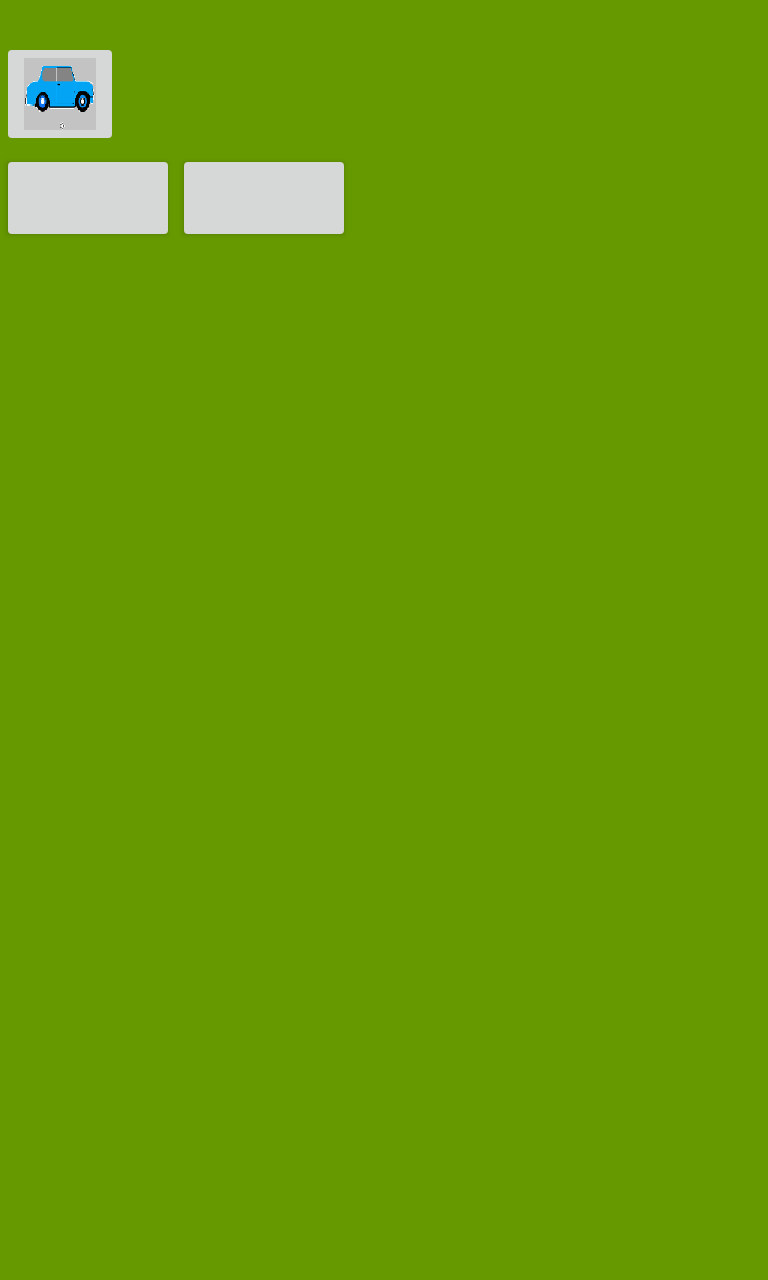
Repository: bwoldemi/LilyTrans
Layout: TransLily/res/layout/list_user_books.xml
An editor plug-in stored every save of this project. The layout is shown before and after the next save, followed by the edit.
It is drawn on a 768 x 1280 px phone screen (xhdpi) without system bars, with theme AppTheme; the app's code is not run.

Above is the layout before, as saved 2014-10-25 12:17:17.

### TransLily/res/layout/list_user_books.xml
<?xml version="1.0" encoding="utf-8"?>
<LinearLayout xmlns:android="http://schemas.android.com/apk/res/android"
    android:layout_width="match_parent"
    android:layout_height="match_parent"
    android:background="@color/background"
    android:orientation="vertical" >

    <TextView
        android:id="@+id/tv_name_rserved_post_rides"
        android:layout_width="fill_parent"
        android:layout_height="wrap_content"
        android:textColor="@color/text_color" />

    <LinearLayout
        android:layout_width="fill_parent"
        android:layout_height="wrap_content"
        android:gravity="left"
        android:orientation="horizontal" >

        <ImageButton
            android:id="@+id/callImageButton_user"
            android:layout_width="wrap_content"
            android:layout_height="wrap_content"
            android:onClick="callNumberCustomer"
           	android:src="@drawable/ic_launcher"/>

        <TextView
            android:id="@+id/tv_phonenuber_rserved_post_rides"
            android:layout_width="wrap_content"
            android:layout_height="wrap_content"
            android:textColor="@color/text_color" />
    </LinearLayout>

    <LinearLayout
        android:layout_width="fill_parent"
        android:layout_height="wrap_content"
        android:orientation="horizontal" >

        <Button
            android:id="@+id/button_approve_rserved_post_rides"
            android:layout_width="wrap_content"
            android:layout_height="wrap_content"
            android:onClick="approveRequest"
            android:textColor="@color/text_color" />

        <Button
            android:id="@+id/button_cancel_rserved_post_rides"
            android:layout_width="wrap_content"
            android:layout_height="wrap_content"
            android:onClick="cancelRequest"
            android:textColor="@color/text_color" />
    </LinearLayout>

</LinearLayout>

### TransLily/res/values/strings.xml
<?xml version="1.0" encoding="utf-8"?>
<resources>

    <string name="app_name">TransLily</string>
    <string name="hello_world">Hello world!</string>
    <string name="action_settings">Settings</string>
    <string name="lily">LILY Transportation </string>
    <string name="from">From: </string>
    <string name="starting_location">Enter starting point</string>
    <string name="destination_point">To: </string>
    <string name="ending_location">Enter your destination</string>
    <string name="senior_name"> Name: </string>
    <string name="typein_name"> Enter your full name here</string>
    <string name="contact_info"> Phone Number: </string>
    <string name="phone_number"> e.g 0458749818 </string>
    <string name="button_askride"> Search rides</string>
    <string name="button_offerride"> Offer ride</string>
    <string name="pick_time"> Pick time </string>
    <string name="pick_date"> Pick date </string>
    <string name="title_activity_ask_ride">AskRideActivity</string>
    <string name="title_activity_booked_ride">BookedRideActivity</string>
    <string name="show_my_booked_rides">Show my booked rides</string>
    <string name="title_activity_post_ride">PostRideActivity</string>
    <string name="search_ride">Search ride </string>
    <string name="post_ride">Post ride </string>
    <string name="My_request_rides">My request rides </string>
    <string name="My_Post_rides">My post rides</string>
    <string name="welcome_message">Welcome To Lily Transport </string>
    <string name="service_provider">Service provider </string>
    <string name="taxi_id">Taxi id/ Name</string>
    <string name="starting_point">Starting point</string>
    <string name="destination"> Destination </string>
    <string name="date"> Date </string>
    <string name="number_of_person">Number of Person</string>
    <string name="comment">Comment </string>
    <string name="title_activity_my_post_rides">MyPostRides</string>
    <string name="title_activity_reserved_post_rides">ReservedPostRides</string>
    <string name="cancel">Cancel</string>
    <string name="approve">Approve</string>
    <string name="save">Save</string>
    <string name="please_enter_name_phone"> Please eneter your name and phonenumber</string>
    <string name="full_name">Full Name</string>
    <string name="com.lily.pre">com.lily.pre</string>
    <string name="save_changes">Save Changes</string>
    <string name="change_your_data">Change your data</string>

    <color name="text_color">#FFF</color>
    <color name="background">#669900</color>

    <string name="title_activity_basic_info">BasicInfoActivity</string>
    <string name="title_activity_setting">Setting</string>

</resources>

Loaded but not shown: TransLily/res/values/styles.xml (common file); TransLily/res/values-v11/styles.xml (common file); TransLily/res/values-v14/styles.xml (common file)

After the next save:
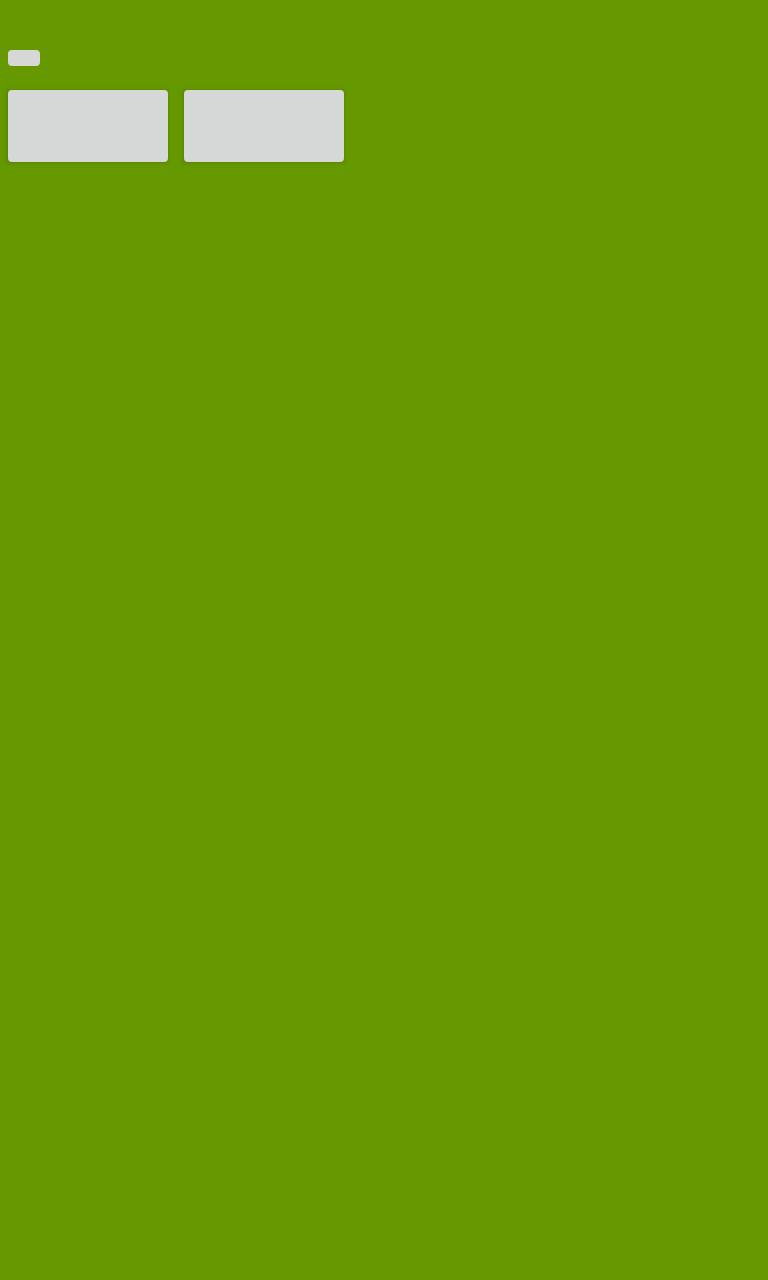
Saved 17 s later.
--- a/TransLily/res/layout/list_user_books.xml
+++ b/TransLily/res/layout/list_user_books.xml
@@ -22,7 +22,7 @@
             android:layout_width="wrap_content"
             android:layout_height="wrap_content"
             android:onClick="callNumberCustomer"
-           	android:src="@drawable/ic_launcher"/>
+           />
 
         <TextView
             android:id="@+id/tv_phonenuber_rserved_post_rides"

After the save that followed:
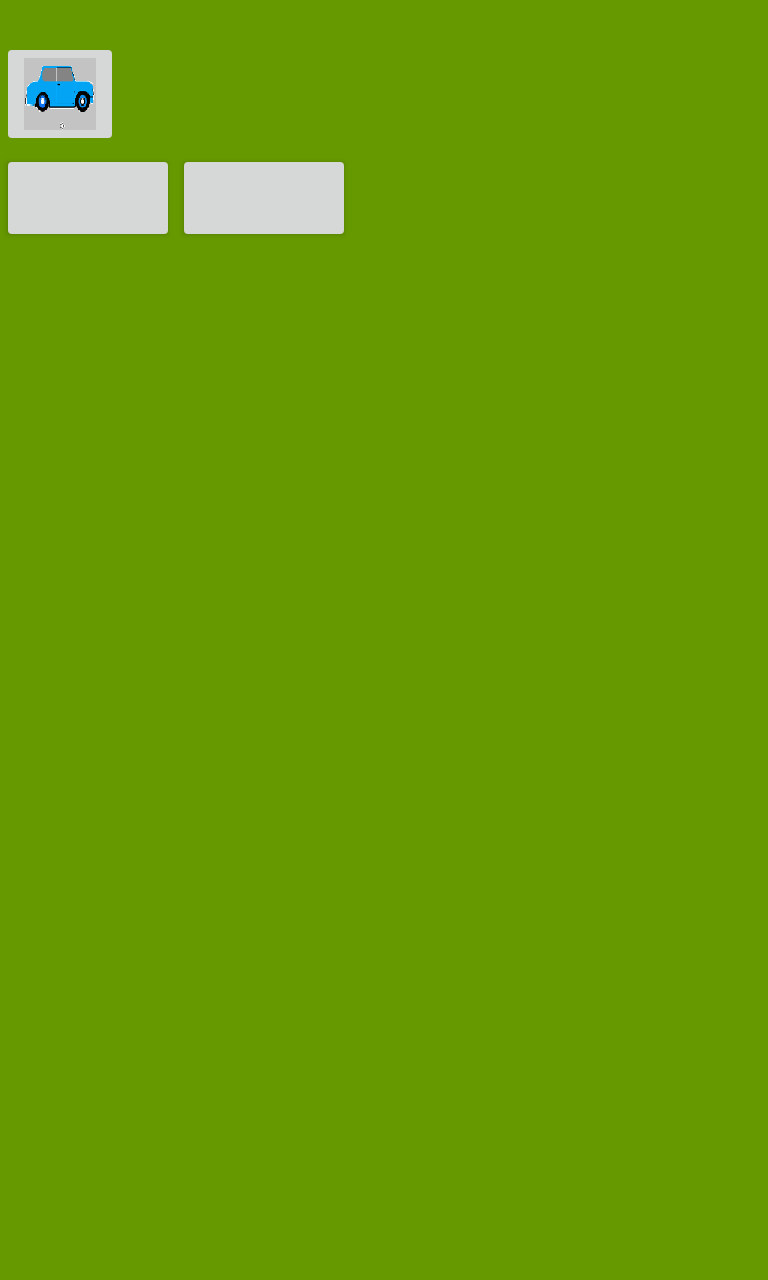
Saved 19 s later.
--- a/TransLily/res/layout/list_user_books.xml
+++ b/TransLily/res/layout/list_user_books.xml
@@ -22,6 +22,7 @@
             android:layout_width="wrap_content"
             android:layout_height="wrap_content"
             android:onClick="callNumberCustomer"
+            	android:src="@drawable/ic_launcher"
            />
 
         <TextView
